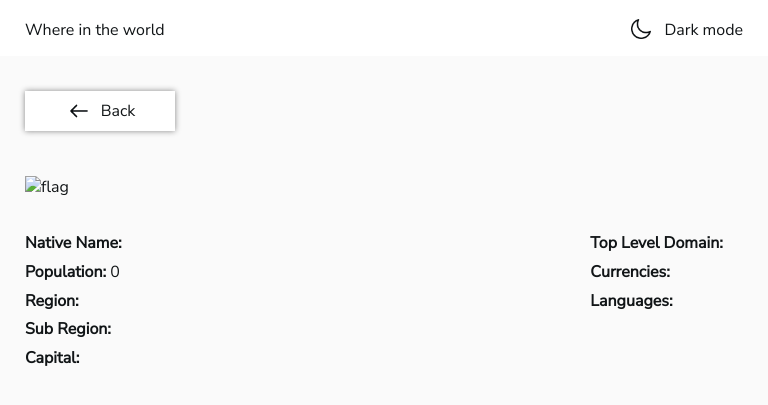
Repository: faithandjs/rest-countries-api
Page: /details
The author's editor kept a copy of each file at every save. The page is drawn from the files as they stood at one save, then again after the next save.
The browser window is 768 px wide. The pictures show the whole page.
The page's requests for data from a server got no answer. The project was rebuilt for these pictures with package versions that can differ from the ones it lists, and the page was loaded fresh each time. No one was signed in, and anything a server would have sent is missing. Also part of the build but not shown: src/components/home.tsx.

Above is the page before, as saved 2022-04-16 16:02:02.

### src/App.tsx
import React, {useContext} from 'react';
import Home from './components/home';
import Details from './components/details';
import Nav from './components/nav';
import { Routes, Route } from "react-router-dom"
import Parent, {Wrapper} from './components/parent'

function App() {
  return (
    <div className='app light' style={{height: '100%', width: '100%'}}>
      <Parent>
        <Nav/>
        <Routes >
          <Route path='/' element={<Home/>}/>
          <Route path='details' element={<Details/>}/>
        </Routes>
      </Parent>
    </div>
  );
}

export default App;

### src/components/details.tsx
import React, {useContext} from 'react';
import { useEffect } from 'react';
import { useState } from 'react';
import { Link } from "react-router-dom";
import {Wrapper} from './parent';
import {arrItem, contextType, detailsType} from './type'

//create state that is part of the redux ish that can be updated on click to
//1. change light and dark icons
//3. set paths and alt texts
function Details() {
    const {data, details, currentIcons, settingDetails } = useContext(Wrapper) as contextType
    const [lang, setLang] = useState<any[]>([])

    useEffect(
        ()=>{
            let arr:any[] = []
                Object.entries(details.languages).forEach(([key, value], index) => {
                arr.push(value)
        })
            setLang(arr)
        }, [details]
    )
    const borderClick = (testName:string) => {
        data.map((item )=> {
            if (item.name.common === testName){
                settingDetails(item)
            }
        })
    }
    const borderCheck = () => {
        if (details.borders.length === 0 || details.borders === undefined){
            return null
        }else{
            return(
            <div className='border'>
                <span className='border-title'>border countries: </span>
                <div className='borders'>
                    {details.borders.map((item, index) => {

                    return <span onClick={() => borderClick(item) }>{item }</span>
                        })}
                </div>
            </div>)
        }
    }
    return (
        <div className='details '>
            <Link to='/'><div className='back'><img src={currentIcons.arrow} alt='left arrow, back icon'/> <span>Back</span></div></Link>
            <div className='content '>
                <div className='flag'><img src={details.flag} alt='flag'/></div>
                <div className='moreContent'>
                    <div className='name'>{details.name} </div>
                    <div className='lists'>
                        <ul>
                            <li><span>Native name: </span>{details.nativeName}</li>
                            <li><span>Population: </span>{details.population}</li>
                            <li><span>region: </span>{details.region}</li>
                            <li><span>sub region: </span>{details.subRegion}</li>
                            <li><span>capital: </span>{details.capital}</li>
                        </ul>
                        <ul>
                            <li><span>top level domain: </span>{details.tld}</li>
                            <li><span>currencies: </span>{details.currencies.map((item, index) => {
                                    if(index === 0){
                                        return `${item}`
                                    }else{
                                        return `, ${item}`
                                    }
                                })}</li>
                            <li><span>languages: </span>
                                {lang.map((item, index) => {
                                    if(index === 0){
                                        return `${item}`
                                    }else{
                                        return `, ${item}`
                                    }
                                })}
                            </li>

                        </ul>
                    </div>
                    {borderCheck()}
                </div>
            </div>
        </div>
    );
}

export default Details;

### src/components/nav.tsx
import React, {useContext} from 'react';
import {Wrapper} from './parent';
import {contextType, currentIconsType} from './type'

function Nav() {
    const { currentIcons, changeClasses } = useContext(Wrapper) as contextType
//console.log(currentIcons)
    return (
        <div className='navbar'>
            <div>Where in the world</div>
            <div onClick={() => changeClasses()} className='mode-box'>
                <img src={currentIcons.src} alt='mode icon' />
                <span>Dark mode</span>
            </div>
        </div>
    );
}

export default Nav;

### src/components/parent.tsx
import React, { createContext, useRef, useState, useEffect, useMemo, Props, ClassAttributes } from 'react';
import arrowWhite from './images/next.png'
import arrowBlack from './images/next (1).png'
import mode from './images/sleep-mode (1).png'
import modeFill from './images/sleep-mode (2).png'
import {arrItem, contextType, detailsType, items, currentIconsType} from './type'

export const Wrapper = createContext<contextType | null>(null)
const { Provider } = Wrapper
const Parent: React.FC<React.ReactNode> =({children}) => {
    const axios = require('axios').default;
    const [data, setData] = useState<arrItem[]>([])
    const modeIcons = {
        dark: {
            mode: modeFill,
            arrow: arrowWhite,
            text: 'Dark Mode'
        },
        light: {
            mode: mode,
            arrow: arrowBlack,
            text: 'Light Mode'
        }
    }
    const [details, setDetails] = useState<detailsType>(
        {
        flag: '',
        name: '',
        nativeName: '',
        population: 0,
        region: '',
        subRegion: '',
        capital: [],
        tld: [],
        currencies: [],
        languages: {},
        borders: []
    })

    const getLSD = localStorage.getItem('countries-data-details')
    const getLS = localStorage.getItem('countries-data')
    const passed = useRef<boolean>(false)
    const passed1 = useRef<boolean>(false)
    const native = useRef<string>('')
    const currency = useRef<string[]>([])
    const [currentIcons, setCurrentIcons] = useState<currentIconsType>({
        src: modeIcons.light.mode,
        arrow: modeIcons.light.arrow,
        text:  modeIcons.light.text
    })
    const changeClasses = () => {
        const box = document.querySelector('.app')?.classList
        if(document.querySelector('.light')){
             box?.add('dark')
             box?.remove('light')
             setCurrentIcons({
                src: modeIcons.dark.mode,
                arrow: modeIcons.dark.arrow,
                text:  modeIcons.dark.text
             })
        }else if(document.querySelector('.dark' )){
            setCurrentIcons({
                src: modeIcons.light.mode,
                arrow: modeIcons.light.arrow,
                text:  modeIcons.light.text
             })
            box?.add('light')
            box?.remove('dark')
        }
     }
    const settingDetails = (obj:arrItem) => {
        data.map((item, index) => {
            if (item.name.common === obj.name.common){
            const active = data[index]
            const nativeNames = active.name.nativeName;
            Object.entries(nativeNames).forEach(([key, value], index) => {
                if (index === (Object.keys(nativeNames).length - 1)){
                    native.current = value.common
                }
              });
            let arr:string[] = []
            Object.entries(active.currencies).forEach(([key, value], index) => {
                arr.push(value.name)
            });
            let arr2:string[] = []
            if (active.borders){
                active.borders.map(item => {
                    let item1 = item
                    data.map(item => {
                        if (item.cca3 === item1){
                            arr2.push(item.name.common)
                        }
                    })
                })
            }
            setDetails({
                flag: active.flags.svg,
                name: active.name.common,
                nativeName: native.current,
                population: active.population,
                region: active.region,
                subRegion: active.subregion,
                capital: active.capital,
                tld: active.tld,
                currencies: arr,
                languages: active.languages,
                borders: arr2
            })
            }
        })

    }

    useEffect(
        () => {
            if(!passed.current){
                console.log(passed, 'lsd')
                if(  getLSD   ){
                    console.log(getLSD,JSON.parse(getLSD!).name !== '')
                    if(JSON.parse(getLSD!).name !== ''){
                        setDetails(JSON.parse(getLSD!))
                        console.log('here')
                    }
                }
            }
        },[]
    )
    useEffect(
        () => {
            if(passed.current){localStorage.setItem('countries-data-details', JSON.stringify(details))}
        }
    , [details])
    useEffect(
        () => {
            if(!passed.current){

            console.log(passed, 'ls')
                if( getLS === 'undefined' || getLS === null || getLS === '[]'){
                axios.get('https://restcountries.com/v3.1/all')
                .then(function (response:any) {
                    setData(response.data)
                })
                .catch(function (error:any) {
                    console.log(error);
                  })
                }else{
                    setData(JSON.parse(getLS))
                }
                passed.current = true;
            }
        }
            ,[])
    const value:contextType = useMemo(
        () => ({data, details, currentIcons, changeClasses, settingDetails})
        , [data, details, currentIcons, changeClasses, settingDetails]
    )
    return (
        <Provider value={value}>
           {children}
        </Provider>
    );
}
export default Parent;

### src/components/style/style.scss
@import url('https://fonts.googleapis.com/css2?family=Nunito+Sans&display=swap');
$DarkBlue: hsl(209, 23%, 22%); // (Dark Mode Elements)
$VeryDarkBlue: hsl(207, 26%, 17%); //(Dark Mode Background)
$VeryDark: hsl(200, 15%, 8%); //(Light Mode Text)
$DarkGray: hsl(0, 0%, 52%); //(Light Mode Input)
$VeryLightGray: hsl(0, 0%, 98%); // (Light Mode Background)
$White: hsl(0, 0%, 100%); //(Dark Mode Text & Light Mode Elements)
$shadow: 0px 0px 1px 0.2px ;
@mixin theme ($bg, $element, $text, $shadowColor) {
    //body{
    background: $bg;
    color: $text;
    //background: linear-gradient(45deg, $bg, $bg) repeat fixed center;
    //}

    .navbar{
        background-color: $element;
    }
    a:-webkit-any-link{
        color: $text;
    }
    .details{
        .borders span, .back{
            background-color: $element;
        }
        .borders span{
            box-shadow: 0px 0px 3px 0.1px $shadowColor;
        }
        .back{
            box-shadow: 0px 0px 6px 0.2px $shadowColor;
        }
    }
    .home{
        form{
            div{
                box-shadow: $shadow $shadowColor;
                input{
                    background-color: $element;
                    color: $text;
                }
                background-color: $element;
            }
            select{
                box-shadow: $shadow $shadowColor;
                background-color: $element;
                color: $text;
            }
        }
        .all-flags{
            .a-flag{
                background-color: $element;
                box-shadow: $shadow $shadowColor;
            }
        }
    }

}
.dark{
    @include theme($VeryDarkBlue, $DarkBlue , $White, $VeryDark)
}
.light{
    @include theme($VeryLightGray, $White , $VeryDark, $DarkGray )
}
.app{
    font-family: 'Nunito Sans', sans-serif;
    position: fixed;
    overflow: auto;
}
.navbar{
    display: flex;
    justify-content: space-between;
    padding: 15px 25px;
    align-items: baseline;
    /*position: fixed;
    top: 0;
    left: 0;*/
    img{
        width: 20px;
        padding: 0 13px 0 1px ;
        position: relative;
        top: 4px;
    }
    //color at the bottom?
    //also this part is diffrent from background
}
.details {
    padding: 0 25px 25px;
    font-weight: 300;
    .back{
        width: 150px;
        height: 40px;
        margin: 35px 0 45px 0;
        text-align: center;
        display: flex;
        justify-content: center;
        align-items: center;
        img{
            transform: rotate(180deg) scale(0.15);
        }
        span{
            position: relative;
            left: -50px;
        }
        img, span{
            padding: 0 4px;
        }
    }
    .content{
        display: flex;
        //align-items: baseline;
        .flag{
            img{
                width: 400px;
                margin-right:100px;
            }
        }
        .moreContent{
            ul span, .border-title{
                font-weight: 600;
                text-transform: capitalize;
            }
            .name{
                font-weight: 800;
                font-size: 30px;
            }
            .lists{
                display: flex;
                justify-content: space-between;
                line-height: 1.8;
                padding: 15px 0 45px;
                ul{
                    list-style-type: none;
                    padding-inline-start: 0;
                    padding-right: 20px;
                }
            }
            .border{
                display: flex;
                align-items: baseline;
                border: 0;
                .border-title{
                    white-space: nowrap;
                }
                .borders{
                    display: flex;
                    flex-wrap: wrap;
                    span{
                        min-width: 100px;
                        margin: 0 10px 15px;
                        padding: 7px 12px;
                        text-align: center;
                    }
                }
            }
        }
    }
}
/*.details, .content, .moreContent, .border{
    width: 100%;
}*/
a:-webkit-any-link {
    text-decoration: none;
}
.mode-box:hover, select:hover, .border div:hover{
    cursor: pointer;
 }
.home{
    form{
        display: flex;
        justify-content: space-between;
        padding: 35px 25px 45px;
        input, select{
            outline: 0;
        }
        div{
            width: 300px;
            padding: 15px 7px;
            display: flex;
            border-radius: 4px;
            img{
                width: 17px;
                padding: 0 10px;
            }
            input{
                border: 0;
            }
        }
        select{
            border-radius: 4px;
            width: 130px;
            border: 0;
            padding: 15px 7px;
        }
    }
        margin: 0 25px;
    .all-flags{
        display: flex;
        flex-wrap: wrap;
        justify-content: space-around;
        .a-flag{
            margin: 0 15px 35px;
            //padding: 10px;
            width: 280px;
            height: 330px;
            border-radius: 7px;
            .flag-box{
                height: 170px;
                width: 100%;
                img{
                    width: -webkit-fill-available;
                    height: 100%;
                    object-fit: fill;
                    border-top-left-radius: 7px;
                    border-top-right-radius: 7px;
                }
            }
            .text{
                padding: 0 6px;
                span{
                    text-transform: capitalize;
                    font-weight: bold;
                }
            }
        }
    }//0px 0px 4px 0.3px hsl(200deg 15% 8%) box shadow
}
@media screen and (max-width: 768px) {
    .details{
        .content{
            display: block;

            .flag img{
                margin: auto;
                padding: 0;
                width: 600px;
            }
        }
    }
}

Loaded but not shown: src/index.tsx (common file); src/index.css (common file); src/reportWebVitals.ts (common file)

After the next save:
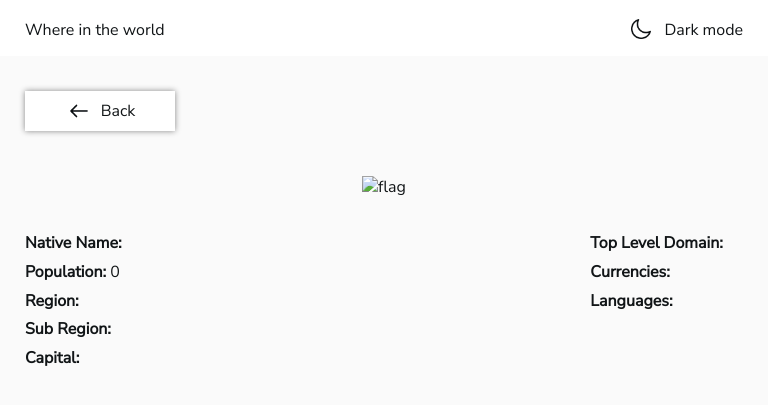
Saved 114 s later.
--- a/src/components/style/style.scss
+++ b/src/components/style/style.scss
@@ -229,11 +229,14 @@ a:-webkit-any-link {
         .content{
             display: block;
 
-            .flag img{
-                margin: auto;
-                padding: 0;
-                width: 600px;
-            }
-        }
-    }
-}
+            .flag {
+                text-align: center;
+                img{
+                    margin: 0;
+                    padding: 0;
+                    width: 600px;
+                }
+            }
+        }
+    }
+}
